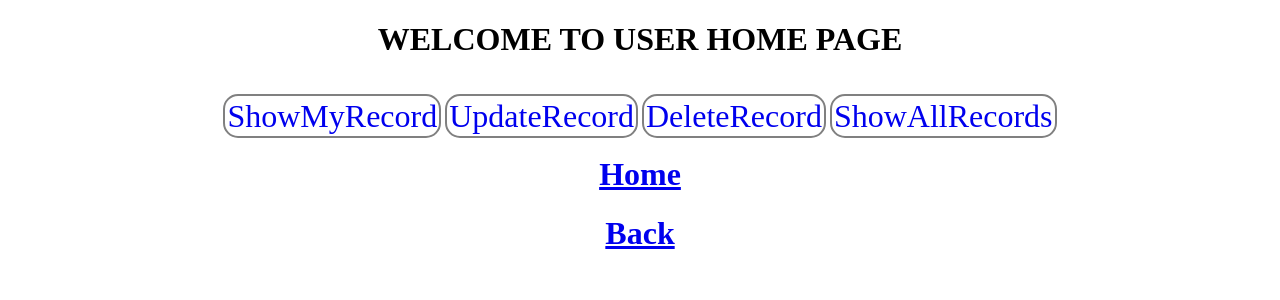
Repository: gajanansp07/Advance_Java_Practice
Page: http://localhost/JDBCCURD/UserHome.jsp
The author's editor kept a copy of each file at every save. The page is drawn from the files as they stood at one save, then again after the next save.
The browser window is 1280 px wide. The pictures show the whole page.
The page is served by Tomcat 9.

Above is the page before, as saved 2022-03-17 17:19:37.

### JDBCCURD/src/main/webapp/UserHome.jsp
<%@ page language="java" contentType="text/html; charset=ISO-8859-1"
    pageEncoding="ISO-8859-1"%>
<!DOCTYPE html>
<html>
<head>
<meta charset="ISO-8859-1">
<title>Insert title here</title>
<style type="text/css">
div#sub-menu {
    text-align: center;
}
a.uhome {
    font-size: 2em;
    border: 2px solid gray;
    padding: 2px;
    border-radius: 15px;
    text-decoration: none;
}
a.uhome:hover {
    background-color: #3e5af5;
}
</style>
</head>
<body>
	<h1 align="center">WELCOME TO USER HOME PAGE</h1>
	<br>
	<div id="sub-menu">
	<a href="ShowMyRecord.jsp" class="uhome"  target="iframe_home">ShowMyRecord</a>
	<a href="UpdateRecord.jsp" class="uhome"  target="iframe_home">UpdateRecord</a>
	<a href="DeleteRecord.jsp" class="uhome" target="iframe_home">DeleteRecord</a>
	<a href="ShowAllEMployee.jsp" class="uhome" target="iframe_home">ShowAllRecords</a>
	</div>
	<a href='Home.jsp' target='_parent'><h1 align='center'>Home</h1></a>
	<a href='UserHome.jsp' target='iframe_home'><h1 align='center'>Back</h1></a>
</body>
</html>

After the next save:
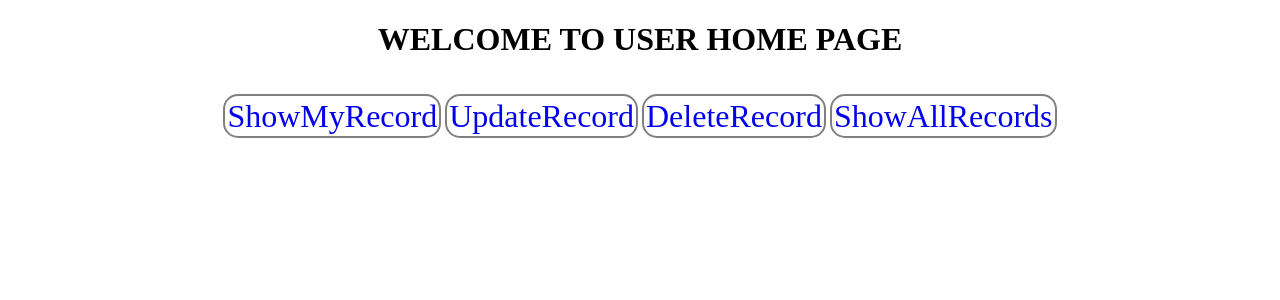
Saved 53 s later.
--- a/JDBCCURD/src/main/webapp/UserHome.jsp
+++ b/JDBCCURD/src/main/webapp/UserHome.jsp
@@ -30,7 +30,5 @@ a.uhome:hover {
 	<a href="DeleteRecord.jsp" class="uhome" target="iframe_home">DeleteRecord</a>
 	<a href="ShowAllEMployee.jsp" class="uhome" target="iframe_home">ShowAllRecords</a>
 	</div>
-	<a href='Home.jsp' target='_parent'><h1 align='center'>Home</h1></a>
-	<a href='UserHome.jsp' target='iframe_home'><h1 align='center'>Back</h1></a>
 </body>
 </html>
